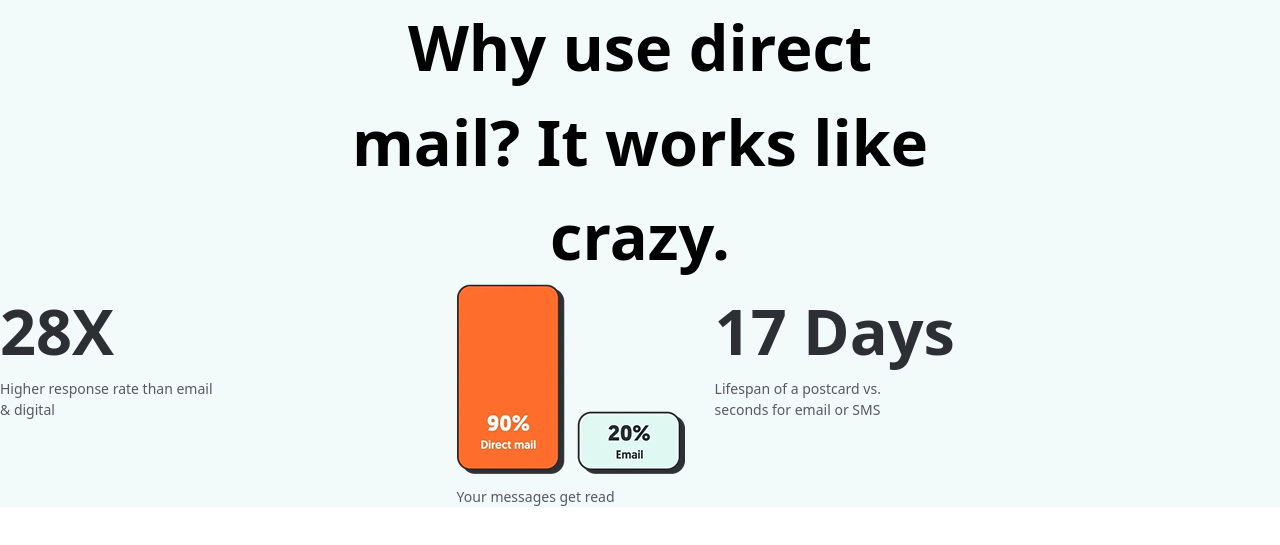
Repository: trusha97/postpilot
Page: mailsende.html
An editor plug-in stored every save of this project. The page is shown before and after a run of saves, followed by the edit.
The browser window is 1280 px wide. The pictures show the whole page.
Some web libraries are served in a nearby version.

Above is the page before, as saved 2025-05-21 14:54:53.

After the next 3 saves:
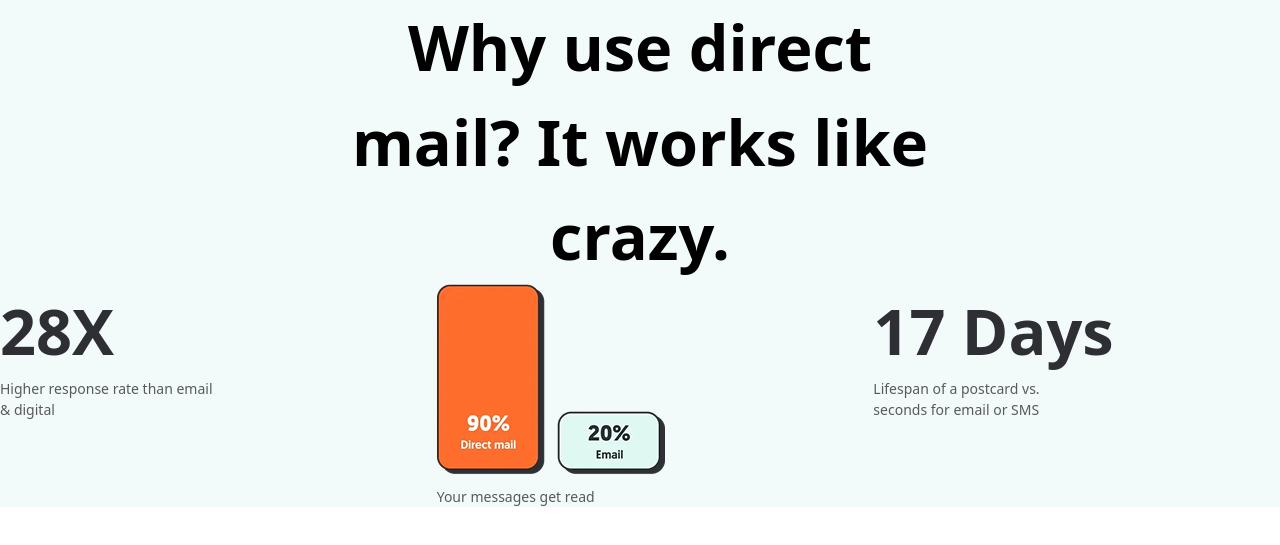
The 3 saves are shown as one change because they came seconds apart.
The last was saved 12 s later.
--- a/mailsende.html
+++ b/mailsende.html
@@ -23,11 +23,11 @@
                     digital
                 </p>
             </div>
-            <div>
+            <div class="w-[33.33%]">
                 <img src="Assets/images/emailmobile.png">
                 <p class="text-[14px] font-[500] text-[#58595D]">Your messages get read</p>
             </div>
-            <div>
+            <div class="w-[33.33%]">
                 <h2 class="text-[63px] font-[700] text-[#2E2F35] max-md:text-[50px] max-sm:text-[30px]"">17 Days</h2>
                         <p class=" text-[14px] font-[500] text-[#58595D]">Lifespan of a postcard vs.<br>seconds
                     for email
